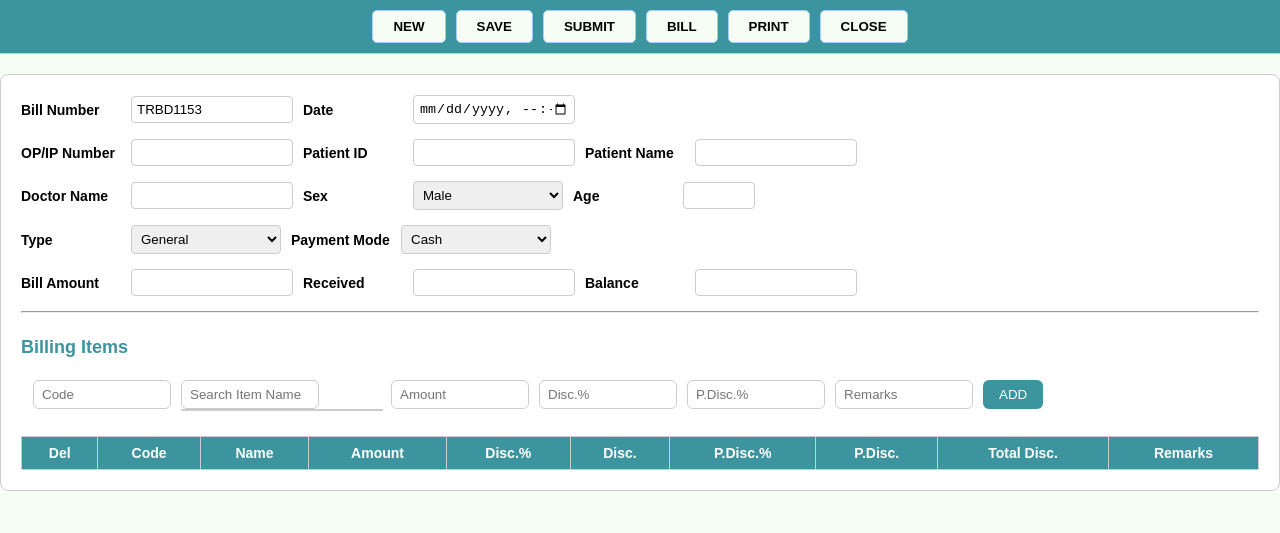
Repository: NAGENDRAN0/New
Page: http://localhost/billing
An editor plug-in stored every save of this project. The page is shown before and after the next save, followed by the edit.
The browser window is 1280 px wide. The pictures show the whole page.
The page is this project's Thymeleaf template; nobody is signed in. The template is opened directly, without the code that normally fills it, so the values that code supplies are empty.

Above is the page before, as saved 2025-05-15 10:12:16.

After the next save:
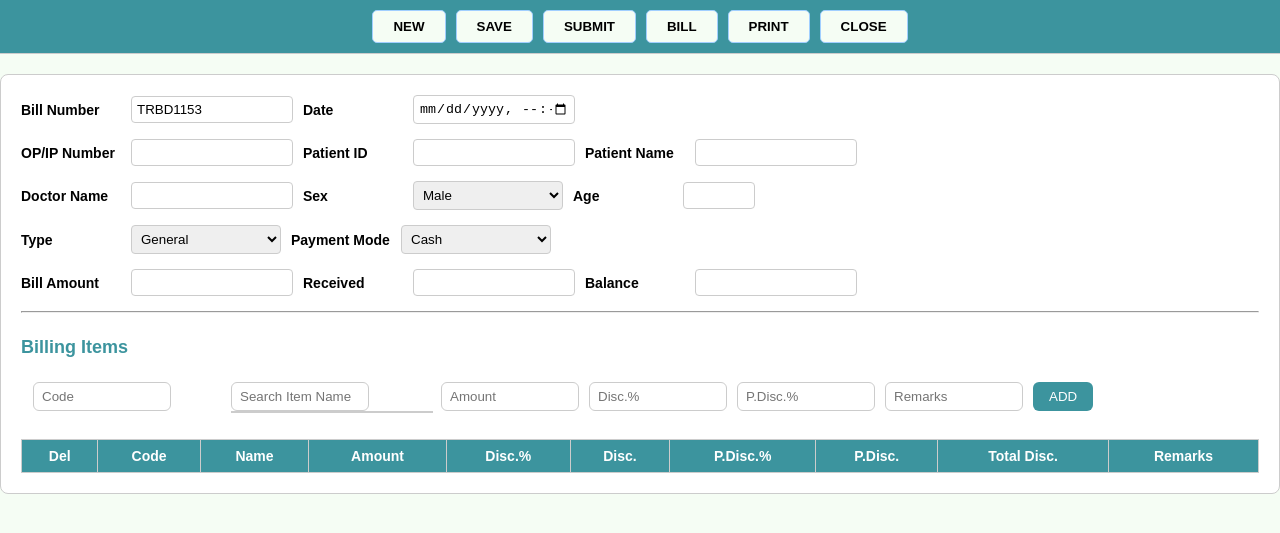
Saved 3 min 49 s later.
--- a/Documents/workspace-spring-tool-suite-4-4.25.0.RELEASE/HMS/src/main/resources/templates/billing.html
+++ b/Documents/workspace-spring-tool-suite-4-4.25.0.RELEASE/HMS/src/main/resources/templates/billing.html
@@ -115,6 +115,7 @@
 <h4 class="section-header">Billing Items</h4>
 <div class="item-entry-horizontal">
   <input type="text" placeholder="Code" id="itemcode">
+  <ul id="suggestionListss" class="suggestion-listss"></ul>
   <div class="dropdown-container">
     <input type="text" id="itemname" placeholder="Search Item Name" autocomplete="off" />
     <ul id="suggestionList" class="suggestion-list"></ul>
@@ -281,7 +282,61 @@
 		    }
 		  });
 		});
-
+//---------------------
+
+
+$(document).ready(function () {
+		  $("#itemcode").on("input", function () {
+		    let query = $(this).val().trim();
+
+		    if (query.length >= 1) {
+		      $.ajax({
+		        url: "/master/search",
+		        data: { query: query },
+		        success: function (items) {
+		          let list = $("#suggestionListss");
+		          list.empty();
+		          if (items.length === 0) {
+		            list.hide();
+		            return;
+		          }
+		          items.forEach(item => {
+		            list.append(`<li data-code="${item.itemcode}" data-fee="${item.fee}" data-remarks="${item.remarks}">
+		              ${item.itemname}
+		            </li>`);
+		          });
+		          list.show();
+		        },
+		        error: function() {
+		          $("#suggestionListss").hide();
+		        }
+		      });
+		    } else {
+		      $("#suggestionListss").hide();
+		    }
+		  });
+
+		  // When a suggestion is clicked, autofill the item details
+		  $(document).on("click", "#suggestionListss li", function () {
+		    let name = $(this).text().trim();
+		    let code = $(this).data("code");
+		    let fee = $(this).data("fee");
+		    let remarks = $(this).data("remarks");
+
+		    $("#itemname").val(name);
+		    $("#itemcode").val(code);
+		    $("#fee").val(fee);
+		    $("#remarks").val(remarks);
+		    $("#suggestionList").hide();
+		  });
+
+		  // Hide suggestions when clicking outside
+		  $(document).on("click", function (e) {
+		    if (!$(e.target).closest("#itemcode, #suggestionListss").length) {
+		      $("#suggestionListss").hide();
+		    }
+		  });
+		});
 	</script>
 
   </body>
